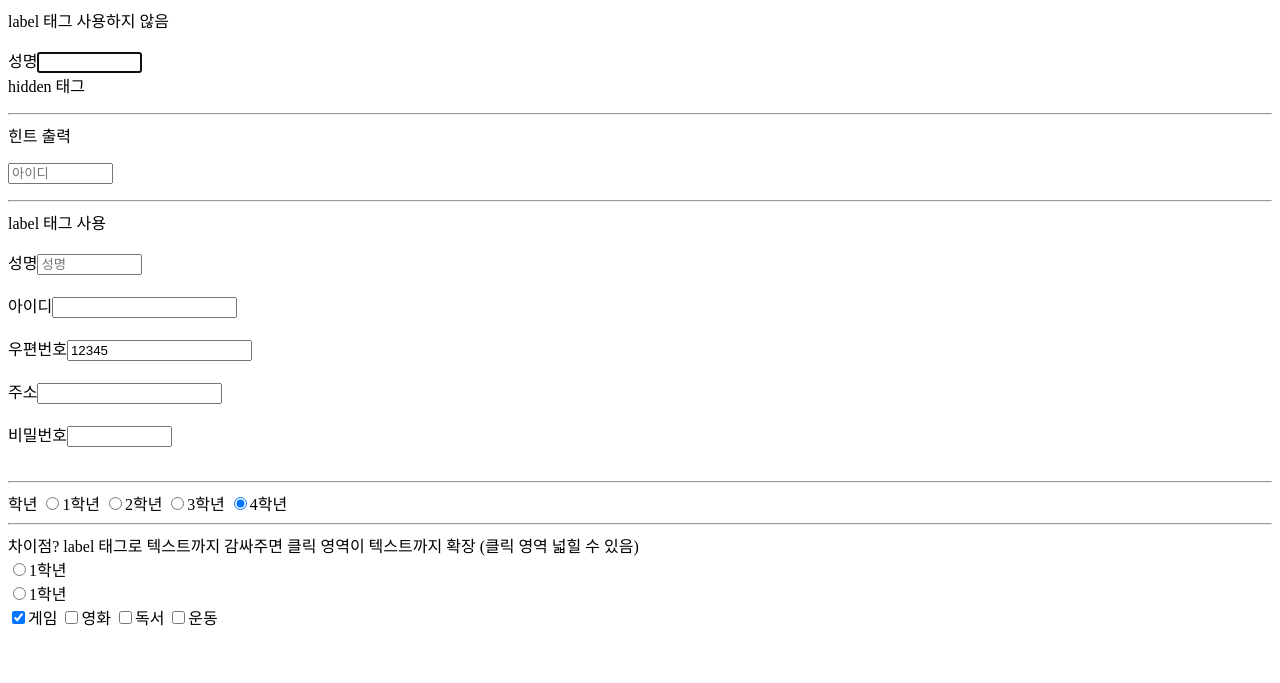
Repository: roditee/Frontend_ex
Page: HTML01/src/main/webapp/form.html
The author's editor kept a copy of each file at every save. The page is drawn from the files as they stood at one save, then again after the next save.
The browser window is 1280 px wide. The pictures show the whole page.

Above is the page before, as saved 2021-12-02 08:22:01.

### HTML01/src/main/webapp/form.html
<!DOCTYPE html>
<html>
	<head>
		<meta charset="UTF-8">
		<title>입력 양식 태그 : form 태그</title>
	</head>
	<body>
		<form method="post" action="newMember.jsp">
			label 태그 사용하지 않음<p>
			성명<input type="text" id="name" name="name" size="10" autofocus><br>

			hidden 태그
			<input type="text" id="prdNo" hidden>
			<hr>

			힌트 출력<p>
			<input type="text" name="id" size="10" placeholder="아이디"><br>
			<hr>

			label 태그 사용<p>
			<label>성명<input type="text" name="name2" size="10" placeholder="성명"></label><br><br>
			<label>아이디<input type="id" name="name2" maxlength="8"></label><br><br>
			<label>우편번호<input type="text" name="zipcode" value="12345" readonly></label><br><br>
			<label>주소<input type="text" name="address" required></label><br><br>
			<label>비밀번호<input type="password" name="passwd" size="10"></label><br><br>
			<hr>

			학년
			<label><input type="radio" name="year" value="1">1학년</label>
			<label><input type="radio" name="year" value="2">2학년</label>
			<label><input type="radio" name="year" value="3">3학년</label>
			<label><input type="radio" name="year" value="4" checked>4학년</label>
			<hr>

			차이점? label 태그로 텍스트까지 감싸주면 클릭 영역이 텍스트까지 확장 (클릭 영역 넓힐 수 있음)<br>
			<input type="radio" name="year" value="1">1학년<br>
			<label><input type="radio" name="year" value="1">1학년</label><br>

			<label><input type="checkbox" name="hobby" value="게임" checked>게임</label>
			<label><input type="checkbox" name="hobby" value="영화">영화</label>
			<label><input type="checkbox" name="hobby" value="독서">독서</label>
			<label><input type="checkbox" name="hobby" value="운동">운동</label>

		</form>
	</body>
</html>

After the next save:
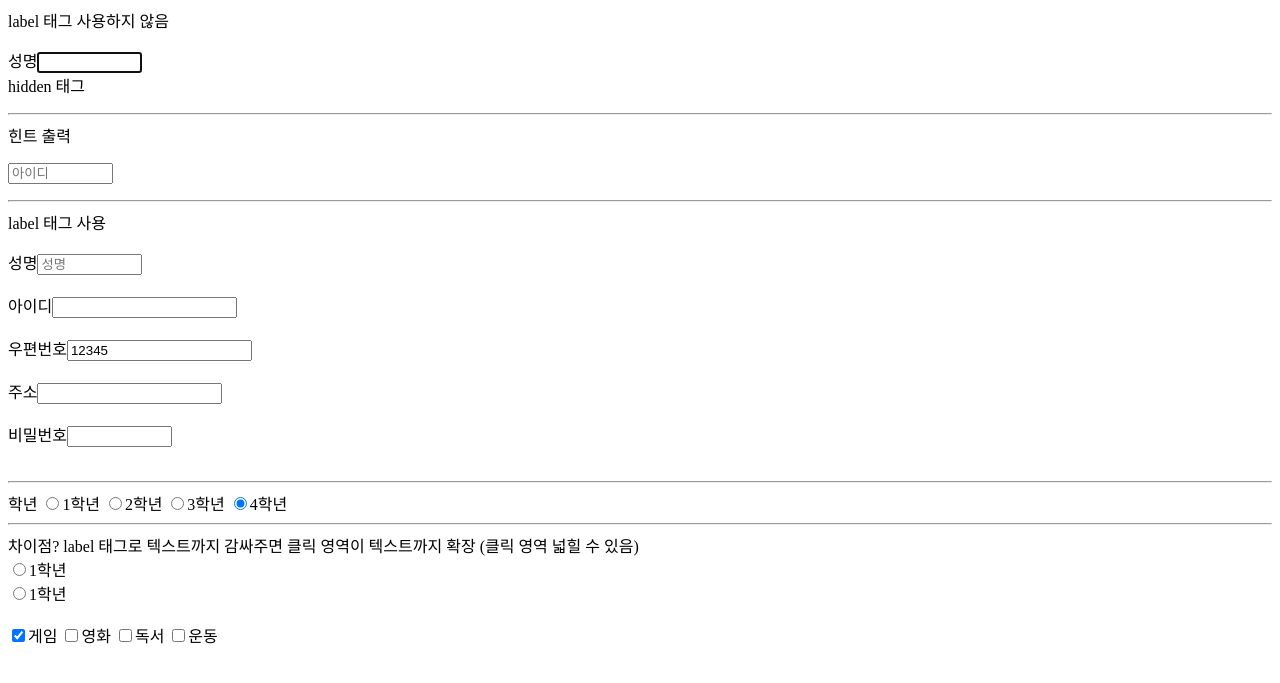
Saved 18 s later.
--- a/HTML01/src/main/webapp/form.html
+++ b/HTML01/src/main/webapp/form.html
@@ -34,7 +34,7 @@
 
 			차이점? label 태그로 텍스트까지 감싸주면 클릭 영역이 텍스트까지 확장 (클릭 영역 넓힐 수 있음)<br>
 			<input type="radio" name="year" value="1">1학년<br>
-			<label><input type="radio" name="year" value="1">1학년</label><br>
+			<label><input type="radio" name="year" value="1">1학년</label><br><br>
 
 			<label><input type="checkbox" name="hobby" value="게임" checked>게임</label>
 			<label><input type="checkbox" name="hobby" value="영화">영화</label>
